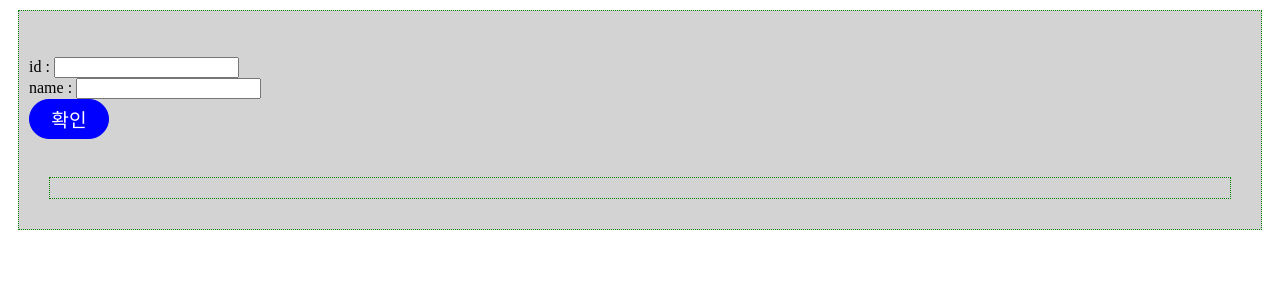
Repository: JJaeHwan/HTML
Page: jquerypro/WebContent/0116/ajaxtest1.html
An editor plug-in stored every save of this project. The page is shown before and after the next save, followed by the edit.
The browser window is 1280 px wide. The pictures show the whole page.

Above is the page before, as saved 2023-01-16 08:14:09.

### jquerypro/WebContent/0116/ajaxtest1.html
<!DOCTYPE html>
<html>
<head>
<meta charset="UTF-8">
<title>Insert title here</title>
<link rel="stylesheet" href="../css/public.css">
<script src="../js/jquery-3.6.3.min.js" type="text/javascript"></script>
</head>
<body>


<div class="box">
	<br><br>
	<form action="ajaxtest1.jsp" method="post">
		id : <input type = "text" name = "id"><br>
	    name : <input type = "text" name = "name"> <br>


	<input type="button" value="확인" id="btn1">


	</form>
	<br>

	<div id="res1"></div>
</div>
</body>
</html>

### jquerypro/WebContent/css/public.css
@charset "UTF-8";

pre{

	font-size: 1.5em;
	border: 5px double blue;
	border-left : none;
	border-right: none;
	padding: 10px;
	background-color: skyblue;

}

  .box{
  	margin: 10px;
  	padding: 10px;
  	border: 1px dotted green;
  	background-color: lightgray;

  }
  .box div{
  	/* height: 100px; */
  	padding: 10px;
  	margin: 20px;
  	border: 1px dotted green;
  }
  input[type=button]{
  	width: 80px;
  	height: 40px;
  	background: blue;
  	color: white;
  	font-size: 1.2em;
  	border-radius: 20px;
  	border : 1px solid blue;
  }

Loaded but not shown: jquerypro/WebContent/js/jquery-3.6.3.min.js (library)

After the next save:
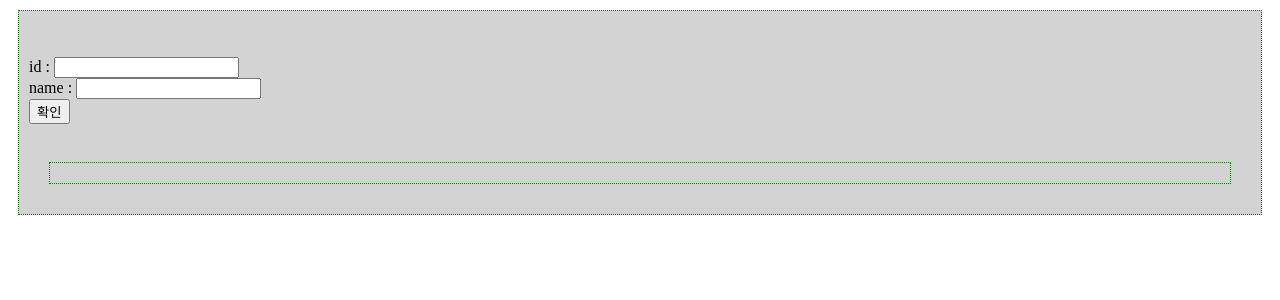
Saved 12 s later.
--- a/jquerypro/WebContent/0116/ajaxtest1.html
+++ b/jquerypro/WebContent/0116/ajaxtest1.html
@@ -16,7 +16,7 @@
 	    name : <input type = "text" name = "name"> <br>
 
 
-	<input type="button" value="확인" id="btn1">
+	<input type="submit" value="확인" id="btn1">
 
 
 	</form>
